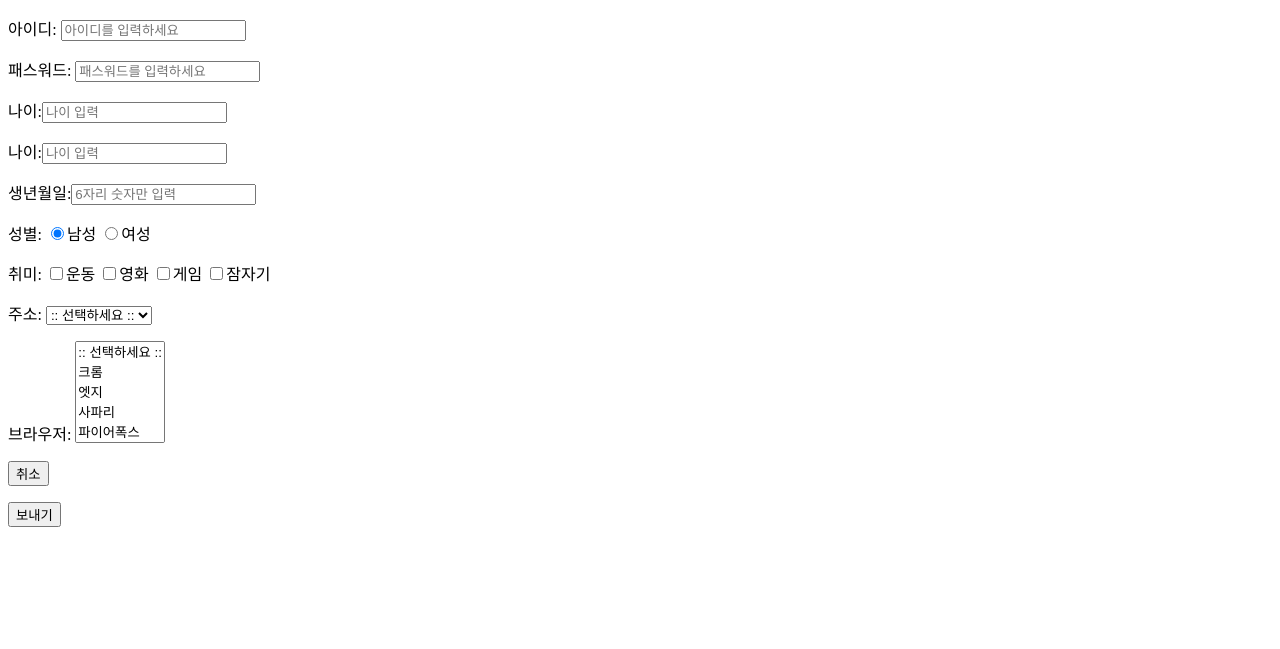
Repository: claddds/2023_webstudy
Page: 01_html/src/main/webapp/day04/ex01_form.html
The author's editor kept a copy of each file at every save. The page is drawn from the files as they stood at one save, then again after the next save.
The browser window is 1280 px wide. The pictures show the whole page.

Above is the page before, as saved 2023-06-22 02:18:03.

After the next save:
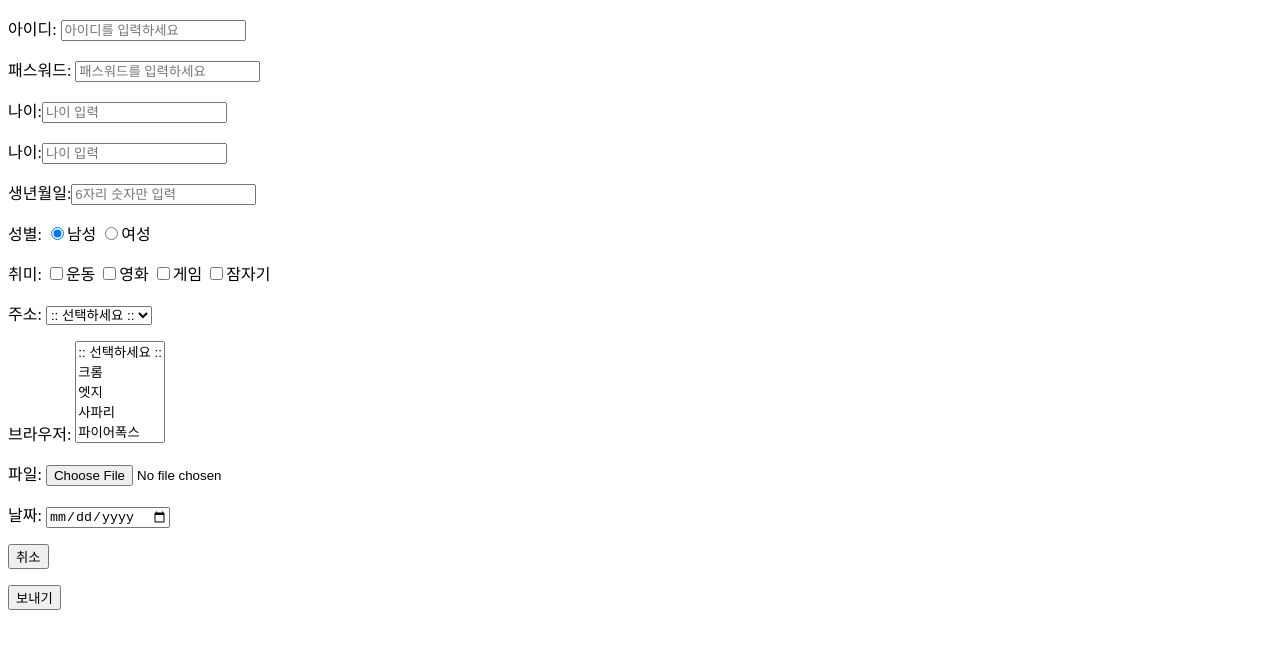
Saved 2 min 58 s later.
--- a/01_html/src/main/webapp/day04/ex01_form.html
+++ b/01_html/src/main/webapp/day04/ex01_form.html
@@ -97,6 +97,9 @@
 				<option>오페라</option>
 			</select>
 		</p>
+		<!-- 파일 업로드할때 사용 반드시<form enctype를 입력해야 된다. -->
+		<p>파일: <input type="file" name="file"></p>
+		<p>날짜: <input type="date" name="date"></p>
 		<!-- reset, submit는 버튼에 새겨지는 글자 -->
 		<p><input type="reset" value="취소"></p>
 		<p><input type="submit" value="보내기"></p>
